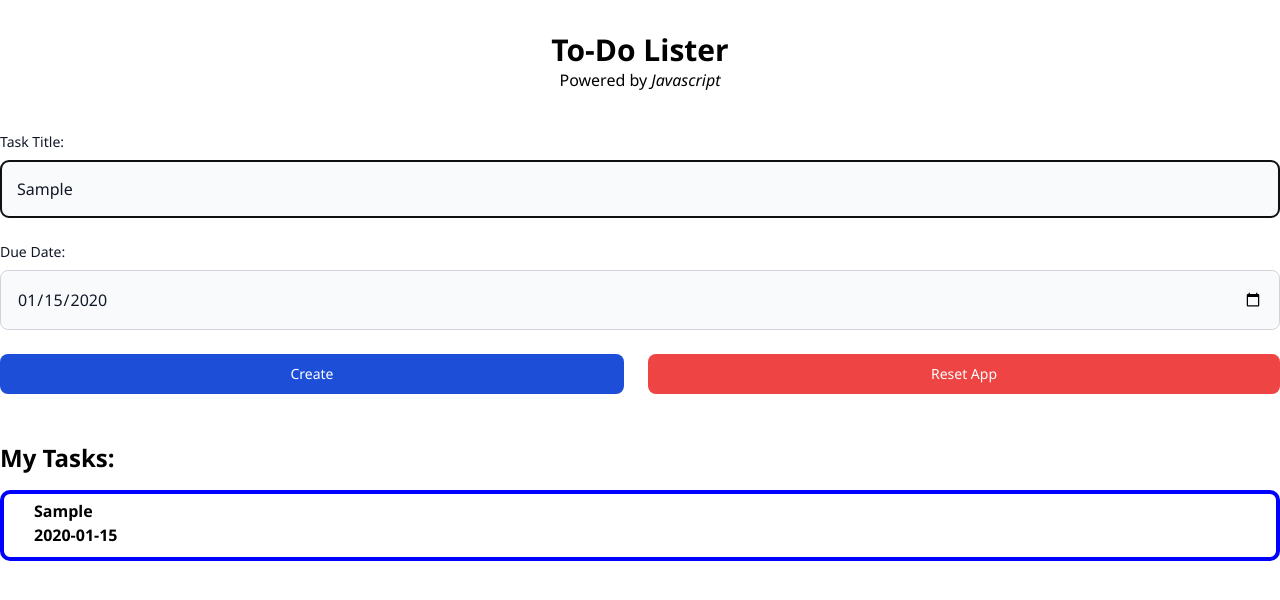
Repository: vxyux/to-do-lister
Page: index.html
The author's editor kept a copy of each file at every save. The page is drawn from the files as they stood at one save, then again after the next save.
The browser window is 1280 px wide. The pictures show the whole page.
Empty fields were first filled with sample values (such as "Sample", 5 or name@example.com).
After loading, the first visible `button.text-white` was clicked once.
Some web libraries are served in a nearby version.

Above is the page before, as saved 2023-09-06 14:06:27.

### index.html
<!DOCTYPE html>
<html lang="en">
<head>
  <meta charset="UTF-8">
  <meta name="viewport" content="width=device-width, initial-scale=1.0">
  <title>Javascript To-Do Lister</title>
  <link rel="stylesheet" href="stylesheet.css">
  <script src="https://cdn.tailwindcss.com"></script>
  <script src="app.js" async></script>
</head>
<body>

  <div class="container mx-auto">
    <div class="text-center mt-8">
      <h1 class="text-3xl font-bold">
        To-Do Lister
      </h1>
      <p>Powered by <i>Javascript</i></p>
    </div>

    <div class="mt-10">

      <div class="mb-6">
        <label for="userInput" class="block mb-2 text-sm font-medium text-gray-900">
          Task Title:
        </label>
        <input type="text" id="userInput" autofocus class="block w-full p-4 text-gray-900 border border-gray-300 rounded-lg bg-gray-50 sm:text-md focus:ring-blue-500 focus:border-blue-500 dark:bg-gray-700 dark:border-gray-600 dark:placeholder-gray-400 dark:text-white dark:focus:ring-blue-500 dark:focus:border-blue-500">
      </div>

      <div class="mb-6">
        <label for="userInput" class="block mb-2 text-sm font-medium text-gray-900">
          Due Date:
        </label>
        <input type="date" min="now();" placeholder="dd-mm-yyyy" id="datePickerId" autofocus class="block w-full p-4 text-gray-900 border border-gray-300 rounded-lg bg-gray-50 sm:text-md focus:ring-blue-500 focus:border-blue-500 dark:bg-gray-700 dark:border-gray-600 dark:placeholder-gray-400 dark:text-white dark:focus:ring-blue-500 dark:focus:border-blue-500">
      </div>

      <div class="grid grid-cols-2 gap-4">
        <button type="submit" onclick="newTask()" class="text-white bg-blue-700 hover:bg-blue-800 focus:ring-4 focus:ring-blue-300 font-medium rounded-lg text-sm px-5 py-2.5 mr-2 mb-2 dark:bg-blue-600 dark:hover:bg-blue-700 focus:outline-none dark:focus:ring-blue-800">
          <span>
            Create
          </span>
        </button>

        <button type="submit" onclick="resetApp()" class="float-right text-white bg-red-500 hover:bg-red-700 focus:ring-4 focus:ring-blue-300 font-medium rounded-lg text-sm px-5 py-2.5 mb-2 dark:bg-red-600 dark:hover:bg-red-700 focus:outline-none dark:focus:ring-blue-800">
          <span>
            Reset App
          </span>
        </button>
      </div>

    </div>

    <div class="mt-10">
      <h3 class="text-2xl mb-4 font-bold">My Tasks:</h3>
      <ul id="to-dos">
        <!-- <li class="task_item" id="1" onclick="completeTask(this.id)">
          This is the first task.
        </li> -->
      </ul>
    </div>

  </div>
</body>
</html>

### stylesheet.css
*
{
  font-family: 'Segoe UI', Tahoma, Geneva, Verdana, sans-serif;
}

.container {
  max-width: 500px;
}

.task_item {
  border-style: solid;
  border-width: 4px;
  border-color: blue;
  font-weight: bold; /* Making font bold */
  border-radius: 10px; /* Making border radius */
  width: auto; /* Making auto-sizable width */
  height: auto; /* Making auto-sizable height */
  padding: 5px 30px 10px 30px; /* Making space around letters */
  margin-bottom: 8px;

  transition: 250ms;
}

.task_item:hover {
  background-color: red;
  border-color: red;
  transition: 250ms;
}

### app.js
// gets localstorage for todos else create a new array
let todolist = JSON.parse(localStorage.getItem('todos')) || [];
let count = 0;

let todaysDate = new Date().toLocaleDateString('en-GB');

let toDoTitle = document.getElementById('userInput');
let DueDate = document.getElementById('datePickerId');

// set minimum attribute for datePickerId as today
DueDate.min = todaysDate;

// when page is loading, run retrieveTasks function
retrieveTasks();

function newTask() {
  // get the data provided by the user from the input field
  let userInput = document.getElementById('userInput').value;
  let dueInput = document.getElementById('datePickerId').value;

  console.log(dueInput);

  if (IsEmpty(userInput) && dueInput >= todaysDate) {
    // not empty
    const todo = { id: Date.now(), task: userInput, due: dueInput };

    // push the new task to the todolist JSON
    todolist.push(todo);

    localStorage.setItem('todos', JSON.stringify(todolist));

    //console.log(JSON.stringify(todolist, null, 2));

    // call to function that creates a new 'li' element
    output(todo);

    // increment count and save into localStorage
    count++;
    localStorage.setItem('count-todos', count);
  } else {
    // indeed empty
    alert('There seems to be something wrong with your data...');
  }
}

function output(todo) {
  // define tag that creates a new element under the tag 'li'
  let tag = document.createElement('li');
  // adding class 'task_item', id as the next number, and onclick on the corresponding function to that tag.
  tag.classList.add('task_item');
  tag.setAttribute('id', todo.id);
  /*
    stands rather the same as tag.onclick = function () {}
  */
  tag.onclick = () => completeTask(todo.id);
  // assign the userInput let with content
  let content = document.createTextNode(todo.task);
  tag.appendChild(content); // make tag the content's parent

  let due = document.createElement('div');
  due.innerHTML = todo.due;
  tag.appendChild(due);

  // define the element tag with the to-dos list ul
  let element = document.getElementById('to-dos');

  // make element the tag's parent
  element.appendChild(tag);
}

function completeTask(task_id) {
  //remove it from front-end
  let completedTask = document.getElementById(task_id);
  completedTask.remove();

  // as the name suggest, it filters out the filter where it takes out the completed task id
  todolist = todolist.filter((todo) => todo.id !== task_id);

  // in order to save data in localStorage, the object 'todolist' must be converted to string
  localStorage.setItem('todos', JSON.stringify(todolist));

  count--;
  localStorage.setItem('count-todos', count);

  //console.log(result);
}

function retrieveTasks() {
  todolist.forEach((element) => console.log(element));

  todolist.forEach((element) => output(element));
}

function resetApp() {
  localStorage.clear();
  location.reload();
}

function IsEmpty(input) {
  if (input === '') {
    return false;
  }
  return true;
}

After the next save:
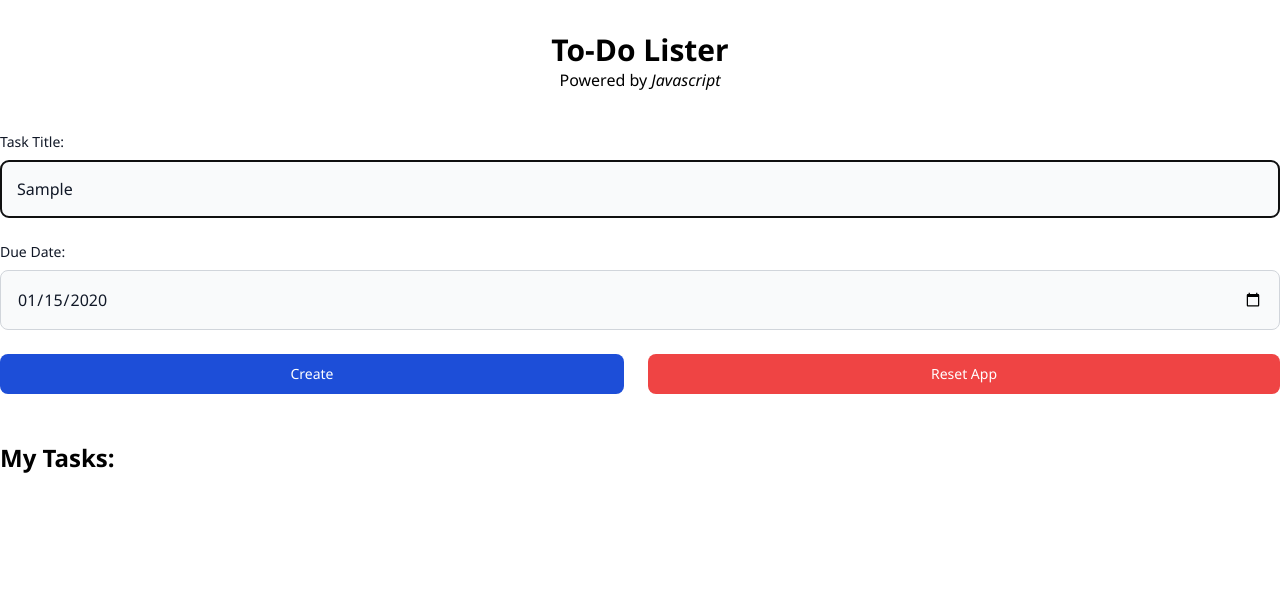
Console error: TypeError: dueInput.toLocaleDateString is not a function
Saved 29 s later.
--- a/app.js
+++ b/app.js
@@ -18,7 +18,7 @@
   let userInput = document.getElementById('userInput').value;
   let dueInput = document.getElementById('datePickerId').value;
 
-  console.log(dueInput);
+  console.log(dueInput.toLocaleDateString('en-GB'));
 
   if (IsEmpty(userInput) && dueInput >= todaysDate) {
     // not empty

After the 3 saves that followed:
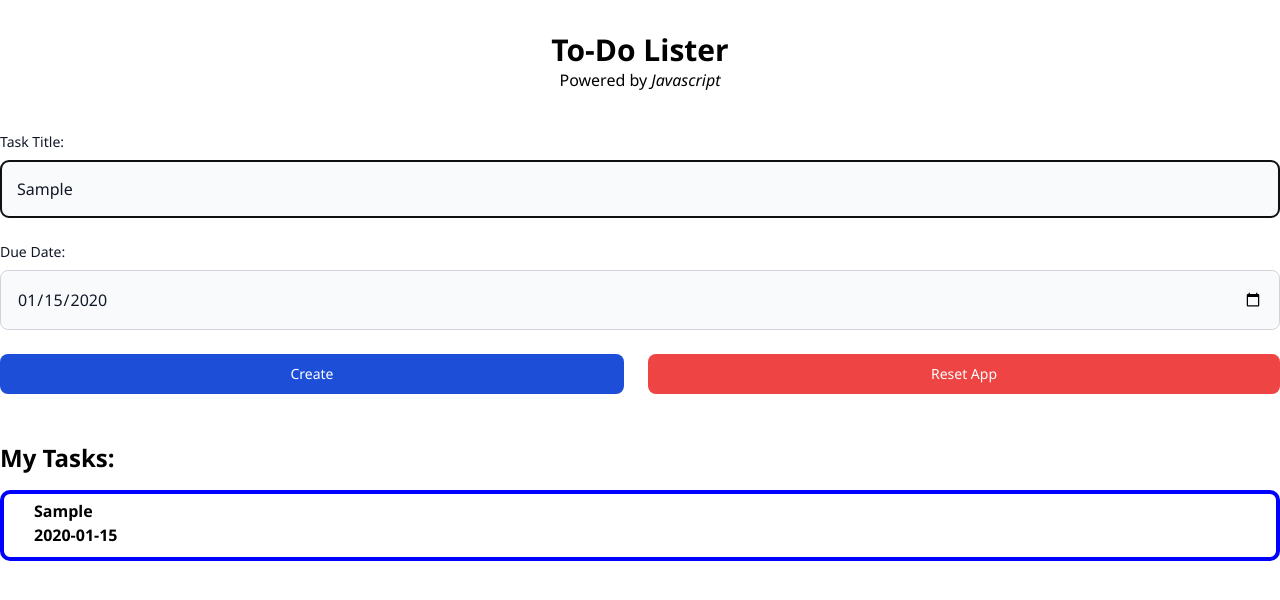
The error is gone.
The 3 saves are shown as one change because 1 left the picture as it was and some came seconds apart.
The last was saved 56 s later.
--- a/app.js
+++ b/app.js
@@ -16,9 +16,11 @@
 function newTask() {
   // get the data provided by the user from the input field
   let userInput = document.getElementById('userInput').value;
-  let dueInput = document.getElementById('datePickerId').value;
+  let dueInput = document
+    .getElementById('datePickerId')
+    .value;
 
-  console.log(dueInput.toLocaleDateString('en-GB'));
+  console.log(dueInput);
 
   if (IsEmpty(userInput) && dueInput >= todaysDate) {
     // not empty
